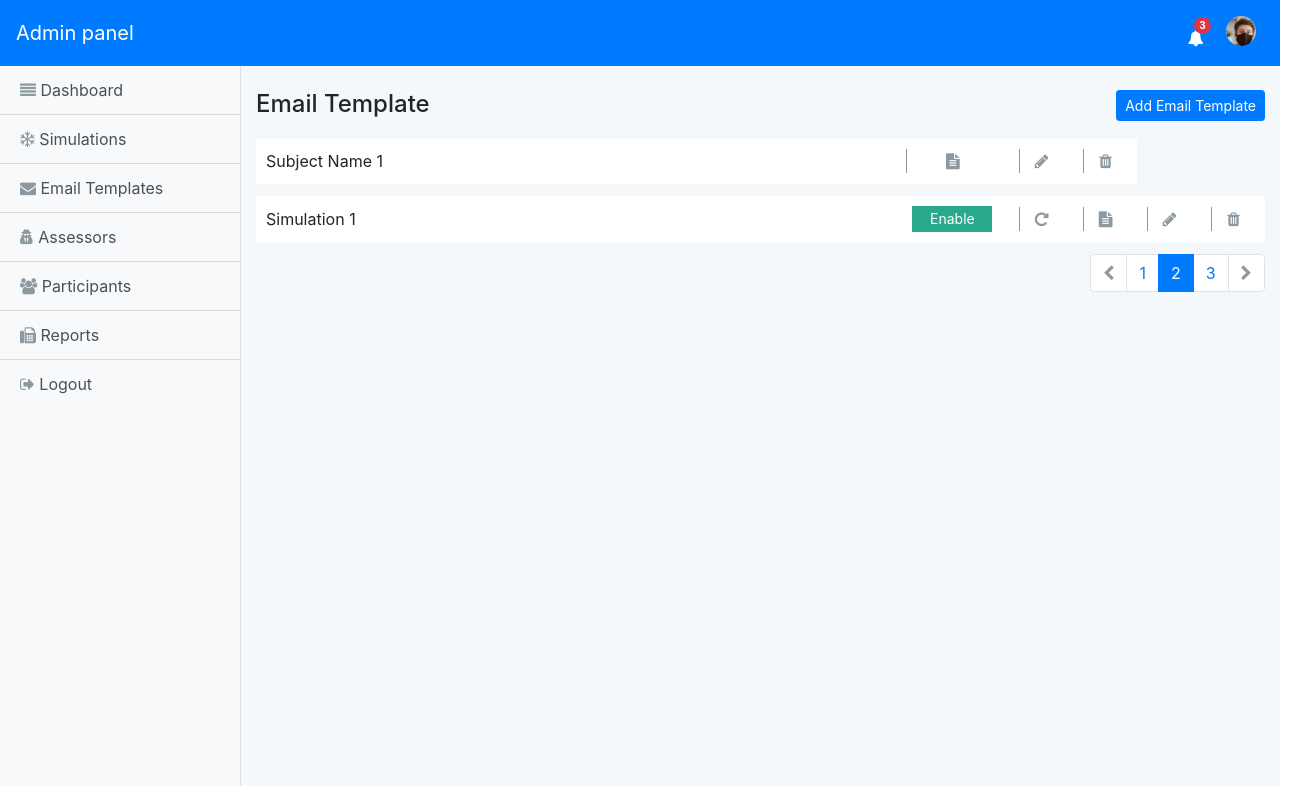
Repository: ejazsidhu/email-simulation-fe
Page: emailTemplate.html
The author's editor kept a copy of each file at every save. The page is drawn from the files as they stood at one save, then again after the next save.
The browser window is 1280 px wide. The page is 1295 px wide, so the pictures cover 1295 px, including what lies to the right of the window. The pictures show the whole page.

Above is the page before, as saved 2020-08-25 18:34:50.
Console error: ReferenceError: $ is not defined

### emailTemplate.html
<!DOCTYPE html>
<html lang="en">

<head>

  <meta charset="utf-8">
  <meta name="viewport" content="width=device-width, initial-scale=1, shrink-to-fit=no">
  <meta name="description" content="">
  <meta name="author" content="">

  <title></title>

  <!-- Bootstrap core CSS -->
  <link href="vendor/bootstrap/css/bootstrap.min.css" rel="stylesheet">
  <link rel="stylesheet" href="https://cdnjs.cloudflare.com/ajax/libs/font-awesome/4.7.0/css/font-awesome.css">

  <!-- Custom styles for this template -->
  <link href="css/simple-sidebar.css" rel="stylesheet">
 <link href="css/custom.css" rel="stylesheet">
</head>

<body>
  <div class="row nav-row">
    <div class="col-12">
      <!-- Nav tabs -->
      <nav class="navbar navbar-expand-sm navbar-dark bg-primary">
        <a class="navbar-brand" href="#">Admin panel</a>

      <ul class="navbar-nav ml-auto top_right">



            <!-- Nav Item - Alerts -->
            <li class="nav-item dropdown no-arrow mx-1 mt10">
              <a class="nav-link dropdown-toggle" href="#" id="alertsDropdown" role="button" data-toggle="dropdown" aria-haspopup="true" aria-expanded="false">
                <i class="fa fa-bell fa-fw"></i>
                <!-- Counter - Alerts -->
                <span class="badge badge-danger badge-counter">3</span>
              </a>
              <!-- Dropdown - Alerts -->
              <div class="dropdown-list dropdown-menu dropdown-menu-right shadow animated--grow-in w300" aria-labelledby="alertsDropdown">
                <h6 class="dropdown-header">
                  Alerts Center
                </h6>
                <a class="dropdown-item d-flex align-items-center" href="#">
                  <div class="mr-3">
                    <div class="icon-circle bg-primary">
                      <i class="fas fa-file-alt text-white"></i>
                    </div>
                  </div>
                  <div>
                    <div class="small text-gray-500">December 12, 2019</div>
                    <span class="font-weight-bold">A new monthly report is ready to download!</span>
                  </div>
                </a>
                <a class="dropdown-item d-flex align-items-center" href="#">
                  <div class="mr-3">
                    <div class="icon-circle bg-success">
                      <i class="fas fa-donate text-white"></i>
                    </div>
                  </div>
                  <div>
                    <div class="small text-gray-500">December 7, 2019</div>
                    $290.29 has been deposited into your account!
                  </div>
                </a>
                <a class="dropdown-item d-flex align-items-center" href="#">
                  <div class="mr-3">
                    <div class="icon-circle bg-warning">
                      <i class="fa fa-exclamation-triangle text-white"></i>
                    </div>
                  </div>
                  <div>
                    <div class="small text-gray-500">December 2, 2019</div>
                    Spending Alert: We've noticed unusually high spending for your account.
                  </div>
                </a>
                <a class="dropdown-item text-center small text-gray-500" href="#">Show All Alerts</a>
              </div>
            </li>


            <li class="nav-item dropdown no-arrow">
              <a class="nav-link dropdown-toggle" href="#" id="userDropdown" role="button" data-toggle="dropdown" aria-haspopup="true" aria-expanded="false">

                <img class="img-profile rounded-circle" src="img/img.png" width="30">
              </a>
              <!-- Dropdown - User Information -->
              <div class="dropdown-menu dropdown-menu-right shadow animated--grow-in" aria-labelledby="userDropdown">
                <a class="dropdown-item" href="#">
                  <i class="fa fa-user fa-sm fa-fw mr-2 text-gray-400"></i>
                  Profile
                </a>
                <a class="dropdown-item" href="#">
                  <i class="fa fa-cogs fa-sm fa-fw mr-2 text-gray-400"></i>
                  Settings
                </a>
                <a class="dropdown-item" href="#">
                  <i class="fa fa-list fa-sm fa-fw mr-2 text-gray-400"></i>
                  Activity Log
                </a>
                <div class="dropdown-divider"></div>
                <a class="dropdown-item" href="#" data-toggle="modal" data-target="#logoutModal">
                  <i class="fa fa-sign-out-alt fa-sm fa-fw mr-2 text-gray-400"></i>
                  Logout
                </a>
              </div>
            </li>

          </ul>
      </nav>

      <!-- Tab panes -->
      <div class="tab-content">
        <div class="tab-pane fade show active" id="tab1Id" role="tabpanel"></div>
        <div class="tab-pane fade" id="tab2Id" role="tabpanel"></div>
        <div class="tab-pane fade" id="tab3Id" role="tabpanel"></div>
        <div class="tab-pane fade" id="tab4Id" role="tabpanel"></div>
        <div class="tab-pane fade" id="tab5Id" role="tabpanel"></div>
      </div>

      <script>
        $('#navId a').click(e => {
          e.preventDefault();
          $(this).tab('show');
        });
      </script>
    </div>
  </div>

  <div class="d-flex" id="wrapper">

    <!-- Sidebar -->
    <div class="bg-light border-right" id="sidebar-wrapper">
      <!-- <div class="sidebar-heading">Start Bootstrap </div> -->
      <div class="list-group list-group-flush">
        <a href="#" class="list-group-item list-group-item-action bg-light">
          <i class="fa fa-align-justify" aria-hidden="true"></i>
          Dashboard
        </a>
        <a href="/SimulationsList.html" class="list-group-item list-group-item-action bg-light">
          <i class="fa fa-snowflake-o" aria-hidden="true"></i>
          Simulations</a>
        <a href="/emailTemplate.html" class="list-group-item list-group-item-action bg-light">
          <i class="fa fa-envelope" aria-hidden="true"></i>
          Email Templates</a>
        <a href="#" class="list-group-item list-group-item-action bg-light">
          <i class="fa fa-user-secret" aria-hidden="true"></i>
          Assessors</a>
        <a href="#" class="list-group-item list-group-item-action bg-light">
          <i class="fa fa-users" aria-hidden="true"></i>
          Participants</a>
        <a href="#" class="list-group-item list-group-item-action bg-light">
          <i class="fa fa-fax" aria-hidden="true"></i>
          Reports</a>
        <a href="#" class="list-group-item list-group-item-action bg-light">
          <i class="fa fa-sign-out" aria-hidden="true"></i>
          Logout</a>

      </div>
    </div>
    <!-- /#sidebar-wrapper -->

    <!-- Page Content -->
    <div id="page-content-wrapper">



      <div class="container mt-4">
        <div class="row">
          <div class="col-6">
            <h4>Email Template</h4>
          </div>
          <div class="col-6 text-right">
            <!-- <button class="btn btn-info btn-sm" data-toggle="modal" data-target="#emailNotificationCenter">
              Send Email
            </button> -->
            <button class="btn btn-primary btn-sm" data-toggle="modal" data-target="#addEmailTemplate">
              Add Email Template
            </button>
          </div>
        </div>

        <div class="row">
          <div class="col-12 table_cls">
            <table class="custom-table">
              <!-- <thead>
                <tr>
                  <th></th>
                  <th></th>
                  <th></th>
                </tr>
              </thead> -->
              <tbody>
                <tr>
                  <td scope="row" class="w-50">
                    Subject Name 1
                  </td>


                  <td class="w-5" >
                    <span class="b1" data-toggle="tooltip" data-placement="top" title="view report">
                      <i class="fa fa-file-text"></i>
                   </span>


                  </td>
                  <td class="w-5">
                    <span class="b1" data-toggle="tooltip" data-placement="top" title="edit">
                      <i class="fa fa-pencil" data-toggle="modal" data-target="#addSimulationTemplate"></i>
                    </span>

                  </td>
                  <td class="w-5">
                    <span class="b1"  data-toggle="tooltip" data-placement="top" title="edit">
                      <i class="fa fa-trash" data-toggle="modal" data-target="#deleteModalCenter"></i>

                    </span>
                  </td>
                </tr>
                <tr>
                  <td scope="row" class="w-50">
                    Simulation 1
                  </td>

                  <td class="w-5">
                    <button class="btn btn-sm btn-success">enable</button>
                  </td>
                   <td class="w-5">

                      <span class="b1"><i class="fa fa-repeat"></i></span>


                  </td>
                  <td class="w-5" >
                    <span class="b1" data-toggle="tooltip" data-placement="top" title="view report">
                      <i class="fa fa-file-text"></i>
                   </span>


                  </td>
                  <td class="w-5">
                    <span class="b1" data-toggle="tooltip" data-placement="top" title="edit">
                      <i class="fa fa-pencil" data-toggle="modal" data-target="#addSimulationTemplate"></i>
                    </span>

                  </td>
                  <td class="w-5">
                    <span class="b1"  data-toggle="tooltip" data-placement="top" title="edit">
                      <i class="fa fa-trash" data-toggle="modal" data-target="#deleteModalCenter"></i>

                    </span>
                  </td>
                </tr>

              </tbody>
            </table>

          </div>
        </div>

        <div class="row">
          <div class="col-12 text-right">
            <nav aria-label="...">
              <ul class="pagination ">
                <li class="page-item disabled">
                  <span class="page-link">
                    <i class="fa fa-chevron-left" aria-hidden="true"></i>
                  </span>
                </li>
                <li class="page-item"><a class="page-link" href="#">1</a></li>
                <li class="page-item active">
                  <span class="page-link">
                    2
                    <span class="sr-only">(current)</span>
                  </span>
                </li>
                <li class="page-item"><a class="page-link" href="#">3</a></li>
                <li class="page-item">
                  <a class="page-link" href="#">
                    <i class="fa fa-chevron-right" aria-hidden="true"></i>
                  </a>
                </li>
              </ul>
            </nav>
          </div>
        </div>
      </div>
    </div>
    <!-- /#page-content-wrapper -->

    <!-- add asessor Modal -->
    <div class="modal fade custom-modal" id="addAssessor" tabindex="-1" role="dialog" aria-labelledby="addAssessorTitle"
      aria-hidden="true">
      <div class="modal-dialog modal-dialog-centered justify-content-center" role="document">
        <div class="modal-content modal-sm">
          <div class="modal-header">
            <button type="button" class="close" data-dismiss="modal" aria-label="Close">
              <span aria-hidden="true">&times;</span>
            </button>
          </div>
          <div class="modal-body">
            <div class="row">
              <div class="col ">
                <h5 class="modal-title" id="exampleModalLongTitle">Add Accessor</h5>

              </div>
            </div>
            <div class="row">
              <div class="col">
                <form>

                  <div class="form-group">
                    <label for="name">Assessor's Name</label>
                    <input type="text" class="form-control" id="name" name="name" placeholder="Name">
                  </div>
                  <div class="form-group">
                    <label for="email">Assessor's Email</label>
                    <input type="email" class="form-control" id="email" name="email" aria-describedby="emailHelp"
                      placeholder="Enter email">
                    <!-- <small id="emailHelp" class="form-text text-muted">We'll never share your email with anyone
                      else.</small> -->
                  </div>
                  <label for="email">Password</label>

                  <div class="input-group mb-3">

                    <input type="password" class="form-control" name="password"
                      aria-label="Amount (to the nearest dollar)">
                    <div class="input-group-append">
                      <span class="input-group-text" id="input-btn"><i class="fa fa-refresh" aria-hidden="true"></i>
                      </span>
                    </div>
                  </div>

                </form>
              </div>
            </div>
          </div>
          <div class="modal-footer">
            <div class="row">
              <div class="col-12">
                <!-- <button type="button" class="btn btn-secondary" data-dismiss="modal">Close</button> -->
                <button type="button" class="btn btn-primary btn-sm">Send Email</button>
                <button type="button" class="btn btn-primary btn-sm">Save </button>
              </div>
            </div>
          </div>
        </div>
      </div>
    </div>

    <!-- delete modal -->

    <div class="modal fade" id="deleteModalCenter" tabindex="-1" role="dialog" aria-labelledby="deleteModalCenterTitle"
      aria-hidden="true">
      <div class="modal-dialog modal-dialog-centered modal-sm" role="document">
        <div class="modal-content">
          <div class="modal-header" style="    padding: 1rem 2rem !important;">
            <h5 class="modal-title" id="deleteModalLongTitle">Delete item</h5>
            <button type="button" class="close" data-dismiss="modal" aria-label="Close">
              <span aria-hidden="true">&times;</span>
            </button>
          </div>
          <div class="modal-body">
            <div class="row">
              <div class="col-12 mt-2 mb-2">
                <strong>
                  Do you want to delte this item?
                </strong>
                <br>
                <small>
                  *Note:Deleting this entry will remove this reffernce from all over app.
                </small>
              </div>
            </div>
          </div>
          <div class="modal-footer">
            <div class="row">
              <div class="col-12">
                <button type="button" class="btn btn-info btn-sm" data-dismiss="modal">Close</button>
                <button type="button" class="btn btn-danger btn-sm">Confirm</button>
              </div>
            </div>
          </div>
        </div>
      </div>
    </div>

    <!-- email sent  notification modal -->
    <div class="modal fade" id="emailNotificationCenter" tabindex="-1" role="dialog"
      aria-labelledby="emailNotificationCenterTitle" aria-hidden="true">
      <div class="modal-dialog modal-dialog-centered modal-sm" role="document">
        <div class="modal-content">
          <div class="modal-header">

            <button type="button" class="close" data-dismiss="modal" aria-label="Close">
              <span aria-hidden="true">&times;</span>
            </button>
          </div>
          <div class="modal-body">
            <div class="row">
              <div class="col-12 text-center">
                <i class="fa fa-check-circle fa-3x " style="color:#28a745" aria-hidden="true"></i>
              </div>
              <div class="col-12 text-center">
                <p>
                  <strong>
                    Email sent successfully!
                  </strong>
                </p>
              </div>
            </div>
          </div>

        </div>
      </div>
    </div>

        <!-- add simulation modal -->
        <div class="modal fade custom-modal" id="addSimulationTemplate" tabindex="-1" role="dialog"
        aria-labelledby="addSimulationTitle" aria-hidden="true">
        <div class="modal-dialog modal-dialog-centered justify-content-center" role="document">
          <div class="modal-content modal-md">
            <div class="modal-header">
              <button type="button" class="close" data-dismiss="modal" aria-label="Close">
                <span aria-hidden="true">&times;</span>
              </button>
            </div>
            <div class="modal-body">
              <form>
              <div class="row">
                <div class="col ">
                  <h5 class="modal-title" id="addSimulationLongTitle">Add Simulation</h5>

                </div>
              </div>
              <div class="row">
                <div class="col-12">
                  <div class="form-group">
                    <label for="name">
                      <strong>
                        Simulation Name
                      </strong>
                    </label>
                    <input type="text" class="form-control form-control-sm" id="name" name="name" placeholder="Simulation Name">
                  </div>
                </div>
              </div>
              <div class="row mt-1">
                <div class="col-12">
                  <ul class="nav nav-pills mb-3" id="pills-tab" role="tablist">
                    <li class="nav-item">
                      <a class="nav-link active" id="pills-home-tab" data-toggle="pill" href="#pills-home" role="tab"
                       aria-controls="pills-home" aria-selected="true">Add Participant / Assign Assessor</a>
                    </li>
                    <li class="nav-item">
                      <a class="nav-link" id="pills-profile-tab" data-toggle="pill"
                       href="#pills-profile" role="tab" aria-controls="pills-profile" aria-selected="false">Add Email Template</a>
                    </li>

                  </ul>
                  <div class="tab-content" id="pills-tabContent">
                    <div class="tab-pane fade show active" id="pills-home" role="tabpanel" aria-labelledby="pills-home-tab">...</div>
                    <div class="tab-pane fade" id="pills-profile" role="tabpanel" aria-labelledby="pills-profile-tab">...</div>
                  </div>
                </div>
                <div class="col">




                    <div class="row">

                      <div class="col-5 pr-0">
                        <label for="participant">
                          <strong>
                            Add Participants
                          </strong>
                        </label>
                        <select class="form-control form-control-sm">
                          <option>Small select</option>
                        </select>
                      </div>
                      <div class="col-5 pr-0">
                        <label for="assessor">
                          <strong>
                        Assign Assessor
                          </strong>
                        </label>
                        <select class="form-control form-control-sm">
                          <option>Small select</option>
                        </select>
                      </div>

                      <div class="col-2 mt-4">
                        <button class="btn btn-primary btn-sm">Add</button>
                      </div>

                    </div>
                    <div class="row mt-1">
                      <div class="col-12 ">
                        <div class="listing-box">

                        </div>

                      </div>
                    </div>

                    <div class="row mt-2">

                      <div class="col-6 pr-0">
                        <label for="addEmailEemplate">
                          <strong>
                            Add Email Template
                          </strong>
                        </label>
                        <select class="form-control form-control-sm">
                          <option>Time</option>
                        </select>
                      </div>
                      <div class="col-4 pr-0">
                        <label for="addEmailEemplate">
                          <strong>
                            Add Relative time
                          </strong>
                        </label>
                        <input type="time" name="relativeTime" class="form-control form-control-sm">

                      </div>


                      <div class="col-1 mt-4">

                        <button class="btn btn-primary btn-sm">Add</button>
                      </div>
                      <div class="col-12">

                      </div>
                    </div>
                    <div class="row mt-1">
                      <div class="col-12 ">
                        <div class="listing-box">

                        </div>

                      </div>
                    </div>
                  </form>
                </div>
              </div>
            </div>
            <div class="modal-footer">
              <!-- <button type="button" class="btn btn-secondary" data-dismiss="modal">Close</button> -->
              <div class="row">
                <div class="col-12">
                  <button type="button" class="btn btn-primary btn-sm">Save changes</button>
                </div>
              </div>
            </div>
          </div>
        </div>
      </div>

  </div>
  <!-- /#wrapper -->

  <!-- Bootstrap core JavaScript -->
  <script src="vendor/jquery/jquery.min.js"></script>
  <script src="vendor/bootstrap/js/bootstrap.bundle.min.js"></script>

  <!-- Menu Toggle Script -->
  <script>
    $("#menu-toggle").click(function (e) {
      e.preventDefault();
      $("#wrapper").toggleClass("toggled");
    });

    $(function () {
      $('[data-toggle="tooltip"]').tooltip()
    })
  </script>

</body>

</html>

Loaded but not shown: vendor/bootstrap/css/bootstrap.min.css (library); vendor/jquery/jquery.min.js (library); vendor/bootstrap/js/bootstrap.bundle.min.js (library); css/custom.css (405 lines, source omitted); css/simple-sidebar.css (151 lines, source omitted)

After the next save:
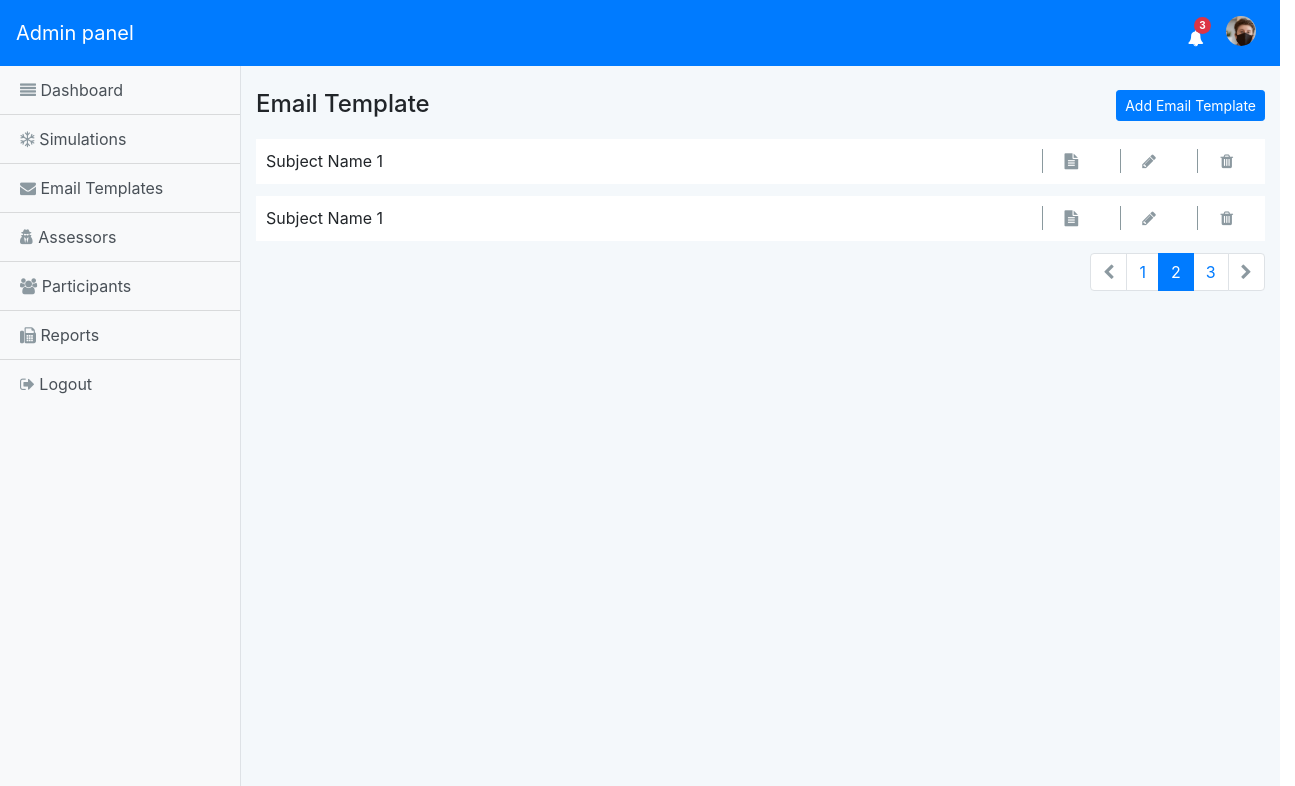
Saved 31 min 25 s later.
--- a/emailTemplate.html
+++ b/emailTemplate.html
@@ -220,18 +220,10 @@
                 </tr>
                 <tr>
                   <td scope="row" class="w-50">
-                    Simulation 1
-                  </td>
-
-                  <td class="w-5">
-                    <button class="btn btn-sm btn-success">enable</button>
-                  </td>
-                   <td class="w-5">
-
-                      <span class="b1"><i class="fa fa-repeat"></i></span>
-
-
-                  </td>
+                    Subject Name 1
+                  </td>
+
+
                   <td class="w-5" >
                     <span class="b1" data-toggle="tooltip" data-placement="top" title="view report">
                       <i class="fa fa-file-text"></i>
